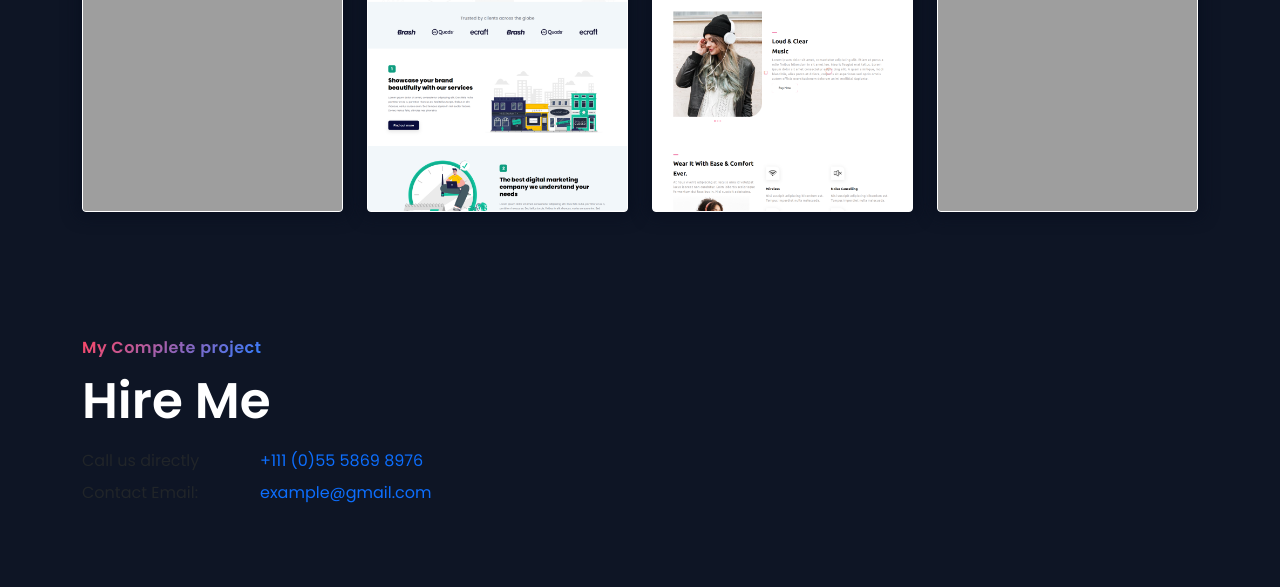
Repository: wadelfadill/Bootstrap_tache_3_responsive_portfolio
Page: index.html
These files come from the project's save history. The page is drawn as it stood at one moment and after the next save; the edit follows.
The browser window is 1280 px wide. The pictures show the part of the page from y = 3161 to 4113 px (the page is 3748 px tall before and 4113 px after).
Pictures or frames that could not be fetched are drawn as grey boxes. Backgrounds fixed to the window are drawn as part of the page. Some web libraries are served in a nearby version.

Above is the page before, as saved 2023-04-12 15:23:26.

### index.html
<!DOCTYPE html>
<html lang="en">
<head>
    <meta charset="UTF-8">
    <meta http-equiv="X-UA-Compatible" content="IE=edge">
    <meta name="viewport" content="width=device-width, initial-scale=1.0">
    <title>Bootstrap_Responsive_Portfolio</title>
    <!------ FAVICON ------->
    <link rel="icon" type="image/png" href="images/favicon.png">

    <!------------ Bootstrap link --------------->
    <link href="https://cdn.jsdelivr.net/npm/bootstrap@5.1.3/dist/css/bootstrap.min.css" rel="stylesheet" integrity="sha384-1BmE4kWBq78iYhFldvKuhfTAU6auU8tT94WrHftjDbrCEXSU1oBoqyl2QvZ6jIW3" crossorigin="anonymous">

    <!-------------- Font-awsome script  ------------->
    <script src="https://kit.fontawesome.com/8f130c8a35.js" crossorigin="anonymous"></script>

    <!------------ CSS files link  ------------->
    <link rel="stylesheet" href="css/style.css">
    <link rel="stylesheet" href="css/responsive-style.css">

    <!------------- Google-Font link ---------------->
    <link rel="stylesheet" href="https://fonts.googleapis.com/css2?family=Poppins%3Awght%40100%3B200%3B300%3B400%3B500%3B600%3B700%3B800%3B900&display=swap">
</head>
<body data-bs-spy="scroll" data-bs-target=".navbar" data-bs-offset="75">
    <!------------------------------------------------------>
        <!------------- Navbar Section ----------->
        <header class="header_wrapper">
            <nav class="navbar navbar-expand-lg fixed-top">
                <div class="container">
                  <a class="navbar-brand" href="#">
                    <img src="images/logo.png" alt="logo" class="img-fluid">
                  </a>
                  <button class="navbar-toggler" type="button" data-bs-toggle="collapse" data-bs-target="#navbarNav" aria-controls="navbarNav" aria-expanded="false" aria-label="Toggle navigation">
                    <i class="fa-solid fa-bars-staggered navbar-toggler-icon"></i>
                  </button>
                  <div class="collapse navbar-collapse justify-content-end" id="navbarNav">
                    <ul class="navbar-nav menu-navbar-nav">
                      <li class="nav-item">
                        <a class="nav-link active" aria-current="page" href="#home">Home</a>
                      </li>
                      <li class="nav-item">
                        <a class="nav-link" href="#about">About</a>
                      </li>
                      <li class="nav-item">
                        <a class="nav-link" href="#services">Services</a>
                      </li>
                      <li class="nav-item">
                        <a class="nav-link" href="#portfolio">Portfolio</a>
                      </li>
                      <li class="nav-item">
                        <a class="nav-link" href="#contact">Contact</a>
                      </li>
                      <li class="nav-item mt-3 mt-lg-0">
                        <a class="main-btn" href="#contact">Hire me</a>
                      </li>
                    </ul>
                  </div>
                </div>
              </nav>
        </header>
        <!----------- Navbar section end -------->
    <!------------------------------------------------------>
        <!----------- Banner section ------------->
        <section id="home" class="banner_wrapper">
            <div class="container">
                <div class="row">
                    <div class="col-sm-12 text-center text-md-start">
                        <h6>WELCOME TO MY WORLD</h6>
                        <h1>I'me Joe Biden <br> JS Developer. <span><br>based in USA</span></h1>
                        <div class="mt-4">
                            <a href="" class="main-btn">Download CV</a>
                        </div>
                    </div>
                </div>
            </div>
        </section>
        <!----------- Banner section end --------->
    <!------------------------------------------------------>
        <!----------- About section -------------->
        <section id="about" class="about_wrapper">
            <div class="container">
              <div class="row justify-content-between align-items-center">
                  <div class="col-lg-5 mb-lg-0">
                    <img src="images/about.jpg" alt="about-img" class="img-fluid rounded-3">
                  </div>
                  <div class="col-lg-7 ps-lg-5 text-center text-lg-start">
                    <div class="my-3 my-lg-0">
                      <span class="subtitle">My About Details</span>
                      <h2>About Me</h2>
                      <p>There are many variations of passages of lorem Ipsum available, but the majority have
                        suffered in some form, by injected humour.</p>
                    </div>
                    <div class="pt-4">
                      <ul class="nav nav-pills mb-3 justify-content-center justify-content-lg-between" id="pills-tab" role="tablist">
                        <li class="nav-item" role="presentation">
                          <button class="nav-link active" id="pills-skill-tab" data-bs-toggle="pill" data-bs-target="#pills-skill" type="button" role="tab" aria-controls="pills-skill" aria-selected="true">Main skills</button>
                        </li>
                        <li class="nav-item" role="presentation">
                          <button class="nav-link" id="pills-award-tab" data-bs-toggle="pill" data-bs-target="#pills-award" type="button" role="tab" aria-controls="pills-award" aria-selected="false">Awards</button>
                        </li>
                        <li class="nav-item" role="presentation">
                          <button class="nav-link" id="pills-experiance-tab" data-bs-toggle="pill" data-bs-target="#pills-experiance" type="button" role="tab" aria-controls="pills-experiance" aria-selected="false">Experiances</button>
                        </li>
                        <li class="nav-item" role="presentation">
                          <button class="nav-link" id="pills-education-tab" data-bs-toggle="pill" data-bs-target="#pills-education" type="button" role="tab" aria-controls="pills-education" aria-selected="false">Education</button>
                        </li>
                      </ul>
                      <div class="tab-content" id="pills-tabContent">
                        <div class="tab-pane fade show active" id="pills-skill" role="tabpanel" aria-labelledby="pills-skill-tab" tabindex="0">
                            <div class="single-progress">
                                <h6>Designing</h6>
                                <div class="progress">
                                  <div class="progress-bar" role="progressbar" aria-label="Basic example" style="width: 95%" aria-valuenow="25" aria-valuemin="0" aria-valuemax="100"></div>
                                </div>
                                <span class="label">95%</span>
                            </div>
                            <div class="single-progress">
                              <h6>Management</h6>
                              <div class="progress">
                                <div class="progress-bar" role="progressbar" aria-label="Basic example" style="width: 85%" aria-valuenow="25" aria-valuemin="0" aria-valuemax="100"></div>
                              </div>
                              <span class="label">85%</span>
                            </div>
                            <div class="single-progress">
                              <h6>Designing</h6>
                              <div class="progress">
                                <div class="progress-bar" role="progressbar" aria-label="Basic example" style="width: 95%" aria-valuenow="25" aria-valuemin="0" aria-valuemax="100"></div>
                              </div>
                              <span class="label">95%</span>
                            </div>
                            <div class="single-progress">
                              <h6>Marketing</h6>
                              <div class="progress">
                                <div class="progress-bar" role="progressbar" aria-label="Basic example" style="width: 75%" aria-valuenow="25" aria-valuemin="0" aria-valuemax="100"></div>
                              </div>
                              <span class="label">75%</span>
                            </div>
                            <div class="single-progress">
                              <h6>Development</h6>
                              <div class="progress">
                                <div class="progress-bar" role="progressbar" aria-label="Basic example" style="width: 80%" aria-valuenow="25" aria-valuemin="0" aria-valuemax="100"></div>
                              </div>
                              <span class="label">80%</span>
                            </div>
                        </div>
                        <div class="tab-pane fade" id="pills-award" role="tabpanel" aria-labelledby="pills-award-tab" tabindex="0">
                          <ul class="text-start ps-0">
                            <li>
                              <a href="#">
                              Awards.com<span>- Winner</span></a> 2019 -2020</li>
                            <li>
                              <a href="#">
                              CSS Design Awards<span>- Winner</span></a> 2017 - 2018</li>
                            <li>
                              <a href="#">
                              Design nominees<span>- Site of the day</span></a></li>
                            <li>
                              <a href="#">
                              Awards.com<span>- Winner</span></a> 2019 - 2020</li>
                          </ul>
                        </div>
                        <div class="tab-pane fade" id="pills-experiance" role="tabpanel" aria-labelledby="pills-experiance-tab" tabindex="0">
                          <ul class="text-start ps-0">
                              <li><a href="#">Sr. Front-end Engineer <span>- Google</span></a>2018 - Current</li>
                              <li><a href="#">Front-end Engineer<span>- Microsoft</span></a> 2017 - 2018</li>
                              <li><a href="#">Software Engineer<span>- Alibaba</span></a> 2013 - 2014</li>
                              <li><a href="#">Software Engineer<span>- Alibaba</span></a> 2013 - 2014</li>
                          </ul>
                        </div>
                        <div class="tab-pane fade" id="pills-education" role="tabpanel" aria-labelledby="pills-education-tab" tabindex="0">
                          <ul class="text-start ps-0">
                            <li><a href="#">Bsc In CSE <span>- ABC University, Los Angeles, CA</span></a>2010</li>
                            <li><a href="#">Dilploma in Computer Science<span>- Gama Technical</span></a> 2009</li>
                            <li><a href="#">Graphic Designer<span>- ABC Institute, Los Angeles, CA</span></a> 2007</li>
                            <li><a href="#">Graphic Designer<span>- ABC Institute, Los Angeles, CA</span></a> 2007</li>
                        </ul>
                        </div>
                      </div>
                    </div>
                  </div>
              </div>
            </div>
        </section>
        <!----------- About section end ---------->
    <!------------------------------------------------------->
        <!----------- Services section ----------->
        <section id="services" class="services_wrapper">
            <div class="container">
              <div class="row">
                <div class="col-sm-12 text-center mb-4">
                  <span class="subtitle">
                    What I can do for you
                  </span>
                  <h2>My Awesome Service</h2>
                  <p>There are many variations of passages of Lorem Ipsum available,
                    <br class="d-none d-md-block"> but the majority have suufered alteration.</p>
                </div>
                <div class="row">
                  <div class="col-lg-4 col-md-6 mb-4">
                    <div class="card">
                      <div class="card-body text-md-start text-center">
                        <img src="images/service/service-1.svg" alt="service-img-1" class="img-fluid mb-4">
                        <h3>Business Strategy</h3>
                        <p>Lorem ipsum dolor sit amet, consectetur adipisicing elit.</p>
                      </div>
                    </div>
                  </div>
                  <div class="col-lg-4 col-md-6 mb-4">
                    <div class="card">
                      <div class="card-body text-md-start text-center">
                        <img src="images/service/service-1.svg" alt="service-img-1" class="img-fluid mb-4">
                        <h3>Business Strategy</h3>
                        <p>Lorem ipsum dolor sit amet, consectetur adipisicing elit.</p>
                      </div>
                    </div>
                  </div>
                  <div class="col-lg-4 col-md-6 mb-4">
                    <div class="card">
                      <div class="card-body text-md-start text-center">
                        <img src="images/service/service-2.svg" alt="service-img-1" class="img-fluid mb-4">
                        <h3>Marketing & Reporting</h3>
                        <p>Lorem ipsum dolor sit amet, consectetur adipisicing elit.</p>
                      </div>
                    </div>
                  </div>
                  <div class="col-lg-4 col-md-6 mb-4">
                    <div class="card">
                      <div class="card-body text-md-start text-center">
                        <img src="images/service/service-3.svg" alt="service-img-1" class="img-fluid mb-4">
                        <h3>Mobile App Development</h3>
                        <p>Lorem ipsum dolor sit amet, consectetur adipisicing elit.</p>
                      </div>
                    </div>
                  </div>
                  <div class="col-lg-4 col-md-6 mb-4">
                    <div class="card">
                      <div class="card-body text-md-start text-center">
                        <img src="images/service/service-4.svg" alt="service-img-1" class="img-fluid mb-4">
                        <h3>Marketing & Reporting</h3>
                        <p>Lorem ipsum dolor sit amet, consectetur adipisicing elit.</p>
                      </div>
                    </div>
                  </div>
                  <div class="col-lg-4 col-md-6 mb-4">
                    <div class="card">
                      <div class="card-body text-md-start text-center">
                        <img src="images/service/service-3.svg" alt="service-img-1" class="img-fluid mb-4">
                        <h3>Mobile App Development</h3>
                        <p>Lorem ipsum dolor sit amet, consectetur adipisicing elit.</p>
                      </div>
                    </div>
                  </div>
                  <div class="col-lg-4 col-md-6 mb-4">
                    <div class="card">
                      <div class="card-body text-md-start text-center">
                        <img src="images/service/service-1.svg" alt="service-img-1" class="img-fluid mb-4">
                        <h3>Business Strategy</h3>
                        <p>Lorem ipsum dolor sit amet, consectetur adipisicing elit.</p>
                      </div>
                    </div>
                  </div>
                  <div class="col-lg-4 col-md-6 mb-4">
                    <div class="card">
                      <div class="card-body text-md-start text-center">
                        <img src="images/service/service-2.svg" alt="service-img-1" class="img-fluid mb-4">
                        <h3>Marketing & Reporting</h3>
                        <p>Lorem ipsum dolor sit amet, consectetur adipisicing elit.</p>
                      </div>
                    </div>
                  </div>
                </div>
              </div>
            </div>
        </section>
        <!----------- Services section end ------->
    <!------------------------------------------------------->
        <!----------- Portfolio section ---------->
        <section id="portfolio" class="portfolio_wrapper">
            <div class="container">
              <div class="row">
                <div class="col-sm-12 text-center mb-4">
                  <span class="subtitle">My Complete project</span>
                  <h2>My latest Project</h2>
                  <p>There are many variations of passages of Lorem Ipsum available,
                     <br class="d-none d-md-block">
                     but the majority have suffered alteration
                  </p>
                </div>
              </div>
              <div class="row">
                <div class="col-lg-3 col-sm-6 mb-4">
                  <div class="card p-0">
                    <span style="background-image: url('./images/portfolio/Foodies.png');"></span>
                  </div>
                </div>
                <div class="col-lg-3 col-sm-6 mb-4">
                  <div class="card p-0">
                    <span style="background-image: url('./images/portfolio/App-Landing-Page.png');"></span>
                  </div>
                </div>
                <div class="col-lg-3 col-sm-6 mb-4">
                  <div class="card p-0">
                    <span style="background-image: url('./images/portfolio/Christmas-Landing-Page.png');"></span>
                  </div>
                </div>
                <div class="col-lg-3 col-sm-6 mb-4">
                  <div class="card p-0">
                    <span style="background-image: url('./images/portfolio/Ecommerce-Jewellery-Website.png');"></span>
                  </div>
                </div>
                <div class="col-lg-3 col-sm-6 mb-4">
                  <div class="card p-0">
                    <span style="background-image: url('./images/portfolio/E-Commerce-Website-Using-Bootstap-5.png');"></span>
                  </div>
                </div>
                <div class="col-lg-3 col-sm-6 mb-4">
                  <div class="card p-0">
                    <span style="background-image: url('./images/portfolio/Hashtag-Landing-Page.png');"></span>
                  </div>
                </div>
                <div class="col-lg-3 col-sm-6 mb-4">
                  <div class="card p-0">
                    <span style="background-image: url('./images/portfolio/HeadPhones.png');"></span>
                  </div>
                </div>
                <div class="col-lg-3 col-sm-6 mb-4">
                  <div class="card p-0">
                    <span style="background-image: url('./images/portfolio/Pizza-Landing-Page.png');"></span>
                  </div>
                </div>
              </div>
            </div>
        </section>
        <!----------- Portfolio section end ----->
    <!------------------------------------------------------->
        <!----------- Contact section ----------->
        <section id="contact" class="contact_wrapper">
          <div class="container">
            <div class="row justify-content-between align-items-center">
              <div class="col-lg-6 order-2 order-lg-1 pe-lg-5 text-lg-start text-center">
                <span class="subtitle">My Complete project</span>
                <h2>Hire Me</h2>
                <div class="row call_details mb-4">
                  <label class="col-sm-3 col-lg-4">Call us directly</label>
                  <div class="col-sm-9 col-lg-8 mb-3 mb-lg-2 text-md-start">
                    <a href="javascript:void(0)">+111 (0)55 5869 8976</a>
                  </div>

                  <label class="col-sm-3 col-lg-4">Contact Email:</label>

                  <div class="col-sm-9 col-lg-8 mb-3 mb-lg-2 text-md-start">
                    <a href="mailto:example@gmail.com">example@gmail.com</a>
                  </div>
                </div>
              </div>
            </div>
          </div>
        </section>
        <!----------- Contact section end ------->
    <!------------------------------------------------------->
        <!------------ Footer section ----------->

        <!------------ Footer section end ------->
    <!------------------------------------------------------->
        <!-- JS file link -->
        <script src="js/main.js"></script>
        <!---------------- bootstrap script -------------->
        <script src="https://cdn.jsdelivr.net/npm/bootstrap@5.1.3/dist/js/bootstrap.bundle.min.js" integrity="sha384-ka7Sk0Gln4gmtz2MlQnikT1wXgYsOg+OMhuP+IlRH9sENBO0LRn5q+8nbTov4+1p" crossorigin="anonymous"></script>
</body>
</html>

### css/responsive-style.css
@media (max-width:991px){

    /* Custom css */
    section{
        padding: 30px 0;
    }
    h2{
        font-size: 30px;
        line-height: 40px;
    }
    h3{
        font-size: 20px;
    }
    /* 2. Navbar */
    .header-scrolled{
        height: auto;
    }
    .header_wrapper .menu-navbar-nav{
        text-align: center;
        background-color: var(--bg-dark-blue);
        padding-bottom: 15px;
    }
    .header_wrapper .nav-item .nav-link{
        margin-top: 15px;
    }
    /* banner wrapper */
    .banner_wrapper{
        padding: 200px 0;
    }
    /* About wrapper */
    .about_wrapper ul.nav-pills{
        width: 61%;
        margin: auto;
    }
    /* portfolio */
    .portfolio_wrapper .card{
        min-height: 400px;
    }

}



@media (max-width:767px){
    /* Custom css */
    section{
        padding: 30px 0;
    }
    h1{
        font-size: 40px;
        line-height: 48px;
    }
    h2{
        font-size: 25px;

    }
    p{
        font-size: 13px;
        line-height: 24px;
    }
    /* About wrapper */
    .about_wrapper ul.nav-pills{
        width: 100%;
        margin: auto;
        border: 0;
    }
    /* About wrapper */
    .about_wrapper ul.nav-pills{
        width: 61%;
        /* margin: auto; */
    }
    .about_wrapper ul li .nav-link{
        font-size: 13px;
    }
    .portfolio_wrapper .card{
        min-height: 500px;
    }
}

Loaded but not shown: js/main.js (18 lines, source omitted); css/style.css (304 lines, source omitted)

After the next save:
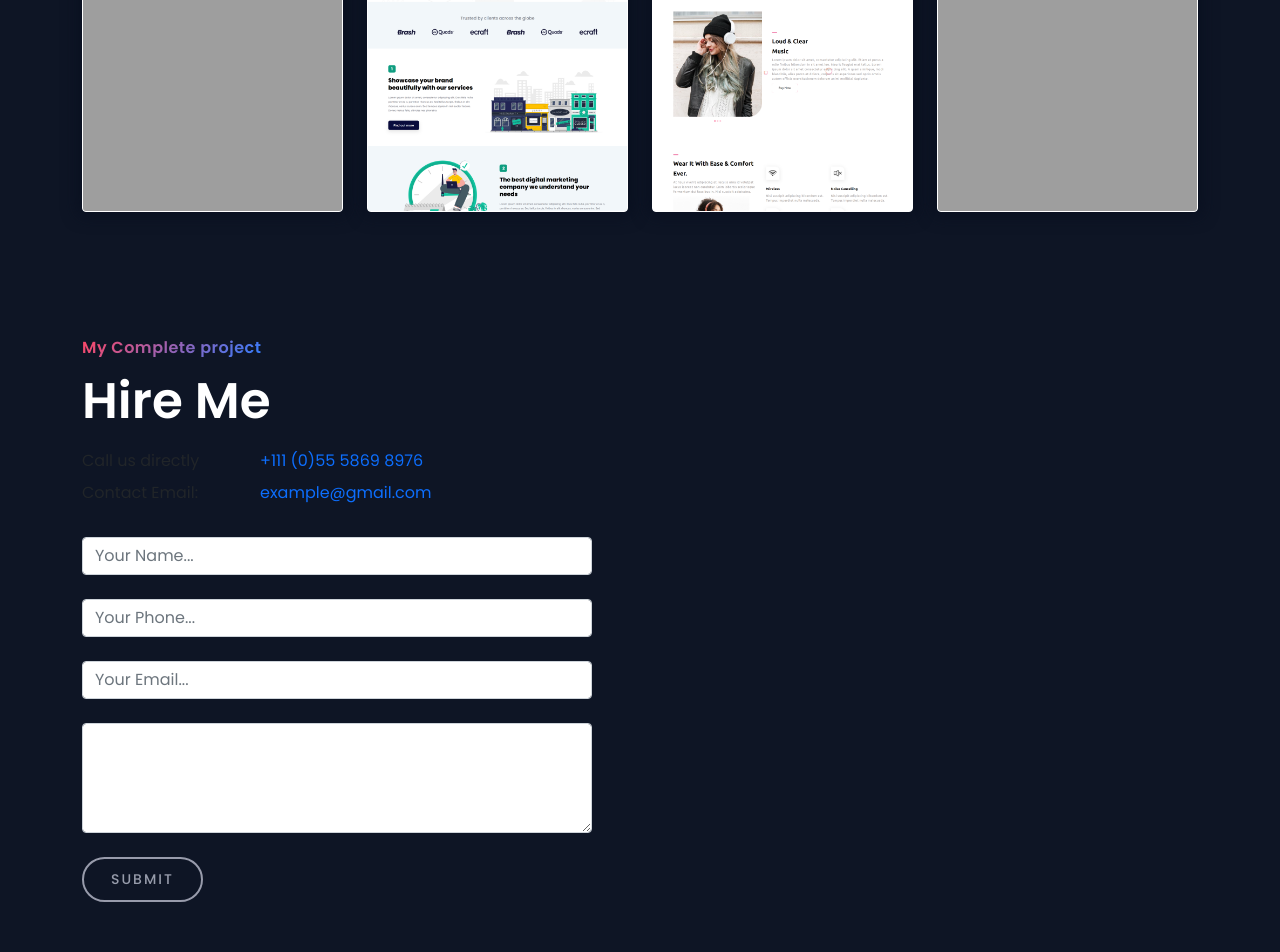
Saved 9 min 5 s later.
--- a/index.html
+++ b/index.html
@@ -352,6 +352,24 @@
                     <a href="mailto:example@gmail.com">example@gmail.com</a>
                   </div>
                 </div>
+                <form action="">
+                  <div class="mb-4">
+                  <input type="text" class="form-control" placeholder="Your Name..." autocomplete="off">
+                  </div>
+                  <div class="mb-4">
+                    <input type="number" class="form-control" placeholder="Your Phone..." autocomplete="off">
+                  </div>
+                  <div class="mb-4">
+                    <input type="email" class="form-control" placeholder="Your Email..." autocomplete="off">
+                  </div>
+                  <div class="mb-4">
+                    <textarea name="" id="" cols="40" rows="4" class="form-control" id="message" placeholder="Write a Message..." autocomplete="off">
+
+                    </textarea>
+                  </div>
+                  <button class="main-btn" type="submit">Submit</button>
+
+                </form>
               </div>
             </div>
           </div>
